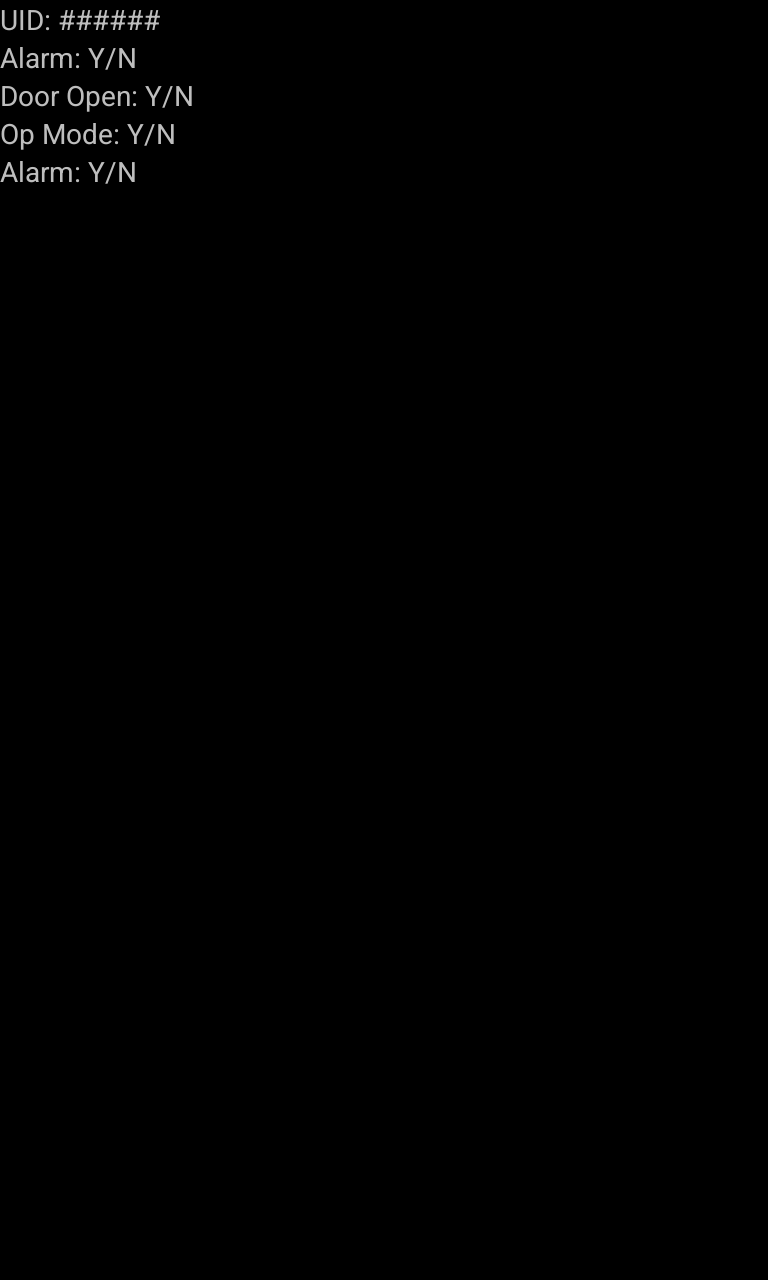
Repository: sergioenriquez/CSTE
Layout: HNAD/res/layout/devinfotab.xml
An editor plug-in stored every save of this project. The layout is shown before and after the next save, followed by the edit.
It is drawn on a 768 x 1280 px phone screen (xhdpi) without system bars, with theme android:Theme.NoTitleBar; the app's code is not run.

Above is the layout before, as saved 2011-12-19 06:41:16.

After the next save:
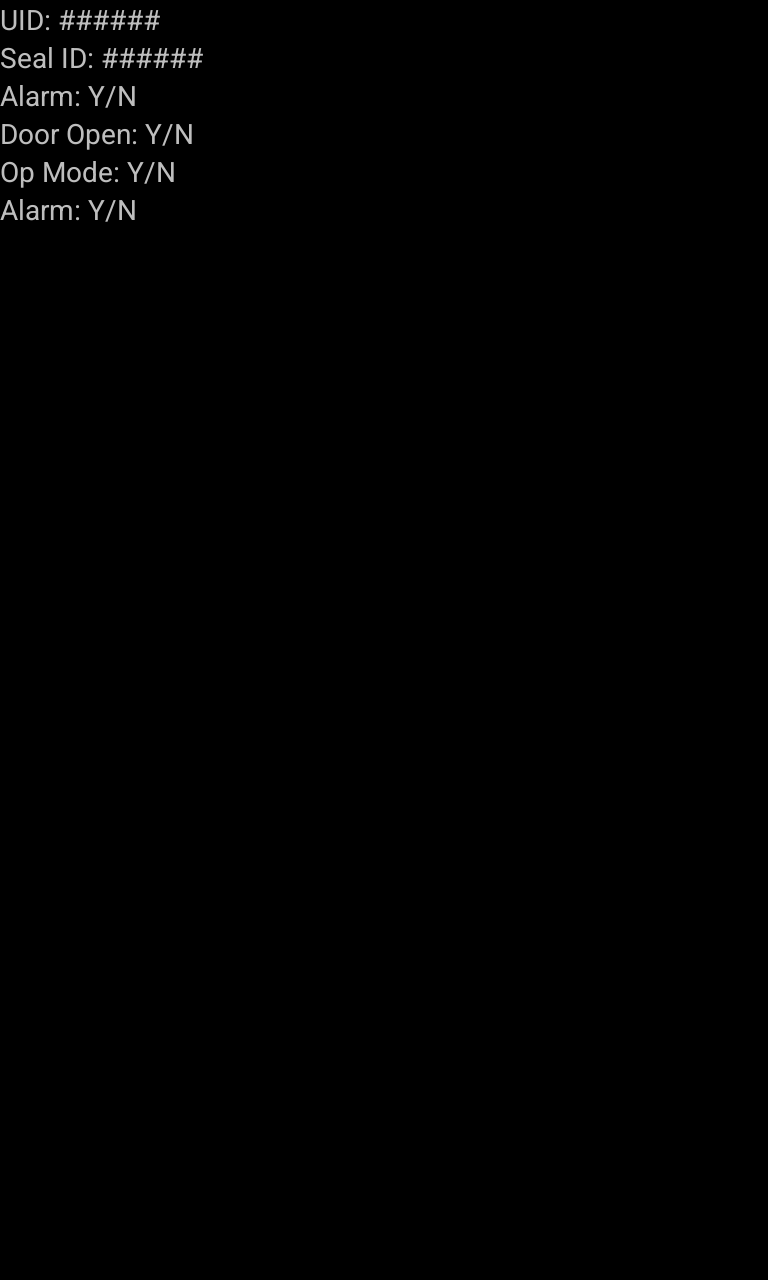
Saved 13 s later.
--- a/HNAD/res/layout/devinfotab.xml
+++ b/HNAD/res/layout/devinfotab.xml
@@ -5,6 +5,10 @@
     android:orientation="vertical" >
     <TextView
         android:text="UID: ######"
+	    android:layout_width="wrap_content"
+	    android:layout_height="wrap_content"/>
+    <TextView
+        android:text="Seal ID: ######"
 	    android:layout_width="wrap_content"
 	    android:layout_height="wrap_content"/>
 	<TextView
